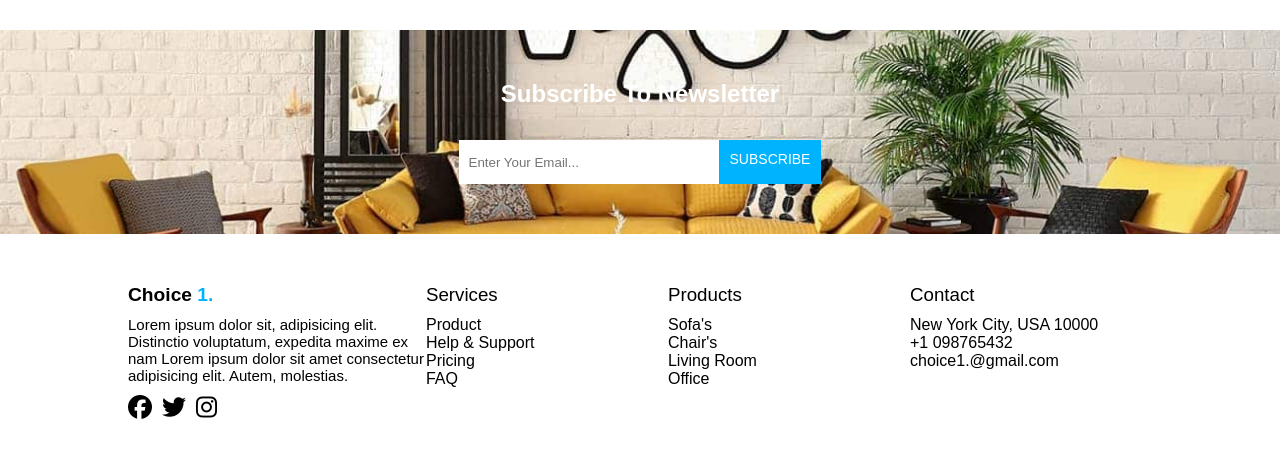
Repository: alishbah7/Choice1
Page: index.html
An editor plug-in stored every save of this project. The page is shown before and after the next save, followed by the edit.
The browser window is 1280 px wide. The pictures show the part of the page from y = 3939 to 4449 px (the page is 4411 px tall before and 4449 px after).
A picture or video elsewhere on the page could not be fetched, so the positions and the page height are approximate. Backgrounds fixed to the window are drawn as part of the page.

Above is the page before, as saved 2024-11-24 13:08:00.

### index.html
<!DOCTYPE html>
<html lang="en">
<head>
    <meta charset="UTF-8">
    <meta name="viewport" content="width=device-width, initial-scale=1.0">
    <title>Navbar</title>

    <!--=== CSS ===-->
    <link rel="stylesheet" href="style.css">

    <!--=== BOXICONS ===-->
    <link href='https://unpkg.com/boxicons@2.1.4/css/boxicons.min.css' rel='stylesheet' />
    <link rel="stylesheet" href="https://cdnjs.cloudflare.com/ajax/libs/font-awesome/6.7.1/css/all.min.css" integrity="sha512-5Hs3dF2AEPkpNAR7UiOHba+lRSJNeM2ECkwxUIxC1Q/FLycGTbNapWXB4tP889k5T5Ju8fs4b1P5z/iB4nMfSQ==" crossorigin="anonymous" referrerpolicy="no-referrer" />
</head>
<body>
    <!------------ header ------------>
    <header>
        <a href="#" class="logo">Choice <span>1.</span></a>
        <div class="bx bx-menu" id="menu-icon"></div>

        <ul class="navbar">
            <li><a href="#home">Home</a></li>
            <li><a href="#shop">Shop</a></li>
            <li><a href="#new">New Arrival</a></li>
            <li><a href="#about">About</a></li>
            <li><a href="#brands">Our Partners</a></li>
            <li><a href="#contact">Contact</a></li>
        </ul>
    </header>

    <!------------ home ------------>
    <section class="home" id="home">
        <div class="home-text">
            <h1><span>Make</span> Your Comfort <br> Is Our <span>Happiness</span></h1>
            <p>Lorem, ipsum dolor sit amet consectetur adipisicing elit. <br> Expedita totam consequuntur fuga quis aperiam nulla.</p>
            <a href="shop" class="btn">Shop Now</a>
        </div>
    </section>

    <!------------ shop ------------>
    <section class="shop" id="shop">
        <div class="heading">
            <span>New Arrival</span>
            <h1>Shop Now</h1>
        </div>
        <!------------ content ------------>
        <div class="shop-container">
            <!------------ box1 ------------>
            <div class="box">
                <div class="box-img">
                    <img src="img/img1.jpg" alt="">
                </div>
                <div class="title-price">
                    <h3>Brown Chair</h3>
                    <div class="stars">
                        <i class="bx bxs-star"></i>
                        <i class="bx bxs-star"></i>
                        <i class="bx bxs-star"></i>
                        <i class="bx bxs-star"></i>
                        <i class="bx bxs-star-half"></i>
                    </div>
                </div>
                <span>35$</span>
                <i class="bx bx-cart"></i>
            </div>
            <!------------ box2 ------------>
            <div class="box">
                <div class="box-img">
                    <img src="img/img1.jpg" alt="">
                </div>
                <div class="title-price">
                    <h3>Brown Chair</h3>
                    <div class="stars">
                        <i class="bx bxs-star"></i>
                        <i class="bx bxs-star"></i>
                        <i class="bx bxs-star"></i>
                        <i class="bx bxs-star"></i>
                        <i class="bx bxs-star-half"></i>
                    </div>
                </div>
                <span>35$</span>
                <i class="bx bx-cart"></i>
            </div>
            <!------------ box3 ------------>
            <div class="box">
                <div class="box-img">
                    <img src="img/img1.jpg" alt="">
                </div>
                <div class="title-price">
                    <h3>Brown Chair</h3>
                    <div class="stars">
                        <i class="bx bxs-star"></i>
                        <i class="bx bxs-star"></i>
                        <i class="bx bxs-star"></i>
                        <i class="bx bxs-star"></i>
                        <i class="bx bxs-star-half"></i>
                    </div>
                </div>
                <span>35$</span>
                <i class="bx bx-cart"></i>
            </div>
            <!------------ box4 ------------>
            <div class="box">
                <div class="box-img">
                    <img src="img/img1.jpg" alt="">
                </div>
                <div class="title-price">
                    <h3>Brown Chair</h3>
                    <div class="stars">
                        <i class="bx bxs-star"></i>
                        <i class="bx bxs-star"></i>
                        <i class="bx bxs-star"></i>
                        <i class="bx bxs-star"></i>
                        <i class="bx bxs-star-half"></i>
                    </div>
                </div>
                <span>35$</span>
                <i class="bx bx-cart"></i>
            </div>
            <!------------ box5 ------------>
            <div class="box">
                <div class="box-img">
                    <img src="img/img1.jpg" alt="">
                </div>
                <div class="title-price">
                    <h3>Brown Chair</h3>
                    <div class="stars">
                        <i class="bx bxs-star"></i>
                        <i class="bx bxs-star"></i>
                        <i class="bx bxs-star"></i>
                        <i class="bx bxs-star"></i>
                        <i class="bx bxs-star-half"></i>
                    </div>
                </div>
                <span>35$</span>
                <i class="bx bx-cart"></i>
            </div>
            <!------------ box6 ------------>
            <div class="box">
                <div class="box-img">
                    <img src="img/img1.jpg" alt="">
                </div>
                <div class="title-price">
                    <h3>Brown Chair</h3>
                    <div class="stars">
                        <i class="bx bxs-star"></i>
                        <i class="bx bxs-star"></i>
                        <i class="bx bxs-star"></i>
                        <i class="bx bxs-star"></i>
                        <i class="bx bxs-star-half"></i>
                    </div>
                </div>
                <span>35$</span>
                <i class="bx bx-cart"></i>
            </div>
        </div>
    </section>
    <!------------ new arrival ------------>
    <section class="new" id="new">
        <div class="heading">
            <span>New Collection</span>
            <h1>Best Selling</h1>
        </div>
    <!------------ content ------------>
    <div class="new-container">
        <!------------ box1 ------------>
        <div class="box">
            <div class="box-img">
                <img src="img/img1.jpg" alt="">
            </div>
            <div class="title-price">
                <h3>Brown Chair</h3>
                <div class="stars">
                    <i class="bx bxs-star"></i>
                    <i class="bx bxs-star"></i>
                    <i class="bx bxs-star"></i>
                    <i class="bx bxs-star"></i>
                    <i class="bx bxs-star-half"></i>
                </div>
            </div>
            <span>35$</span>
            <i class="bx bx-cart"></i>
        </div>
        <!------------ box2 ------------>
        <div class="box">
            <div class="box-img">
                <img src="img/img1.jpg" alt="">
            </div>
            <div class="title-price">
                <h3>Brown Chair</h3>
                <div class="stars">
                    <i class="bx bxs-star"></i>
                    <i class="bx bxs-star"></i>
                    <i class="bx bxs-star"></i>
                    <i class="bx bxs-star"></i>
                    <i class="bx bxs-star-half"></i>
                </div>
            </div>
            <span>35$</span>
            <i class="bx bx-cart"></i>
        </div>
        <!------------ box3 ------------>
        <div class="box">
            <div class="box-img">
                <img src="img/img1.jpg" alt="">
            </div>
            <div class="title-price">
                <h3>Brown Chair</h3>
                <div class="stars">
                    <i class="bx bxs-star"></i>
                    <i class="bx bxs-star"></i>
                    <i class="bx bxs-star"></i>
                    <i class="bx bxs-star"></i>
                    <i class="bx bxs-star-half"></i>
                </div>
            </div>
            <span>35$</span>
            <i class="bx bx-cart"></i>
        </div>
        <!------------ box4 ------------>
        <div class="box">
            <div class="box-img">
                <img src="img/img1.jpg" alt="">
            </div>
            <div class="title-price">
                <h3>Brown Chair</h3>
                <div class="stars">
                    <i class="bx bxs-star"></i>
                    <i class="bx bxs-star"></i>
                    <i class="bx bxs-star"></i>
                    <i class="bx bxs-star"></i>
                    <i class="bx bxs-star-half"></i>
                </div>
            </div>
            <span>35$</span>
            <i class="bx bx-cart"></i>
        </div>
        <!------------ box5 ------------>
        <div class="box">
            <div class="box-img">
                <img src="img/img1.jpg" alt="">
            </div>
            <div class="title-price">
                <h3>Brown Chair</h3>
                <div class="stars">
                    <i class="bx bxs-star"></i>
                    <i class="bx bxs-star"></i>
                    <i class="bx bxs-star"></i>
                    <i class="bx bxs-star"></i>
                    <i class="bx bxs-star-half"></i>
                </div>
            </div>
            <span>35$</span>
            <i class="bx bx-cart"></i>
        </div>
        <!------------ box6 ------------>
        <div class="box">
            <div class="box-img">
                <img src="img/img1.jpg" alt="">
            </div>
            <div class="title-price">
                <h3>Brown Chair</h3>
                <div class="stars">
                    <i class="bx bxs-star"></i>
                    <i class="bx bxs-star"></i>
                    <i class="bx bxs-star"></i>
                    <i class="bx bxs-star"></i>
                    <i class="bx bxs-star-half"></i>
                </div>
            </div>
            <span>35$</span>
            <i class="bx bx-cart"></i>
        </div>
    </div>
</section>
<!------------ about ------------>
<section class="about" id="about">
    <div class="about-img">
        <img src="img/furniture4.jpeg" alt="">
    </div>
    <div class="about-text">
        <span>About Us</span>
        <h2>Furniture is impoertant part <br>for comfort</h2>
        <p>Lorem ipsum dolor sit amet consectetur adipisicing elit. Dolorem sit maxime praesentium, facere totam, iusto omnis eveniet accusamus rerum, veritatis explicabo possimus necessitatibus officiis? Voluptas.</p>
        <p>Lorem, ipsum dolor sit amet consectetur adipisicing elit. Nam velit, deserunt placeat qui nemo natus.</p>
        <a href="#shop" class="btn">Learn More.</a>
    </div>
</section>
<!------------ brands ------------>
<section class="brands" id="brands">
    <div class="heading">
        <span>Brands</span>
        <h1>Our Brands Partners</h1>
    </div>
    <div class="brands-container">
        <img src="img/google.webp" alt="">
        <img src="img/amazon.png" alt="">
        <img src="img/netflix.a3e87fea-e03e-4c0a-8f26-9ecef205fa7b" alt="">
        <img src="img/tesla.webp" alt="">
        <img src="img/star.webp" alt="">
        <img src="img/zoom.png" alt="">
    </div>
</section>
<!------------ contact ------------>
<section class="newsletter" id="contact">
    <h2>Subscribe To Newsletter</h2>
    <div class="news-box">
        <input type="text" placeholder="Enter Your Email...">
        <a href="#" class="btn">Subscribe</a>
    </div>
</section>
<!------------ footer ------------>
<section class="footer" id="footer">
    <div class="footer-box">
        <h2>Choice <span>1.</span></h2>
        <p>Lorem ipsum dolor sit, adipisicing elit. <br>  Distinctio voluptatum, expedita maxime ex <br> nam Lorem ipsum dolor sit amet consectetur <br> adipisicing elit. Autem, molestias.</p>
        <div class="social">
            <a href="#"><i class="fa-brands fa-facebook"></i></a>
            <a href="#"><i class="fa-brands fa-twitter"></i></a>
            <a href="#"><i class="fa-brands fa-instagram"></i></a>
        </div>
    </div>
    <div class="footer-box">
        <h3>Services</h3>
        <li><a href="#">Product</a></li>
        <li><a href="#">Help & Support</a></li>
        <li><a href="#">Pricing</a></li>
        <li><a href="#">FAQ</a></li>
    </div>
    <div class="footer-box">
        <h3>Products</h3>
        <li><a href="#">Sofa's</a></li>
        <li><a href="#">Chair's</a></li>
        <li><a href="#">Living Room</a></li>
        <li><a href="#">Office</a></li>
    </div>
    <div class="footer-box contact-info">
        <h3>Contact</h3>
        <span>New York City, USA 10000</span>
        <span>+1 098765432</span>
        <span>choice1.@gmail.com</span>
    </div>
</section>


</body>
</html>

### style.css
*{
    margin: 0;
    padding: 0;
    box-sizing: border-box;
    scroll-behavior: smooth;
    scroll-padding-top: 2rem;
    list-style: none;
    text-decoration: none;
    font-family: "Poppins", sans-serif;
}

:root{
    --text-color: #000000;
    --main-color: #00b3ff;
}

section{
    padding: 50px 10%;
}

header{
    position: fixed;
    width: 100%;
    top: 0;
    right: 0;
    z-index: 1000;
    display: flex;
    align-items: center;
    justify-content: space-between;
    padding: 18px 100px;
    background: #edecea;
}

.logo{
    font-size: 1.2rem;
    font-weight: 600;
    color: var(--text-color);
}

.logo span{
    color: var(--main-color);
}

.navbar{
    position: relative;
    display: flex;
}

.navbar a{
    font-size: 1rem;
    padding: 10px 20px;
    font-weight: 500;
    color: var(--text-color);
}

.navbar a:hover{
    color: var(--main-color);
}

#menu-icon{
    font-size: 2rem;
    cursor: pointer;
    display: none;
}

.home{
    width: 100%;
    min-height: 100vh;
    background-image: url(img/furniture2.jpg);
    background-repeat: no-repeat;
    background-size: cover;
    background-position: right;
    background-attachment: fixed;
    display: flex;
    align-items: center;
}

.home-text h1{
    font-size: 2.7rem;
    color: #fff;
}

.home-text p{
    font-size: 0.938rem;
    margin: 0.4rem 0 1.8rem;
    color: #fff;
}

.home-text span{
    color: var(--main-color);
}

.btn{
    padding: 10px 14px;
    background: var(--main-color);
    color: #fff;
    border-radius: 0.3rem;
    font-size: 14px;
}

.btn:hover{
    background-color: #ffffff00;
    border: 2px solid var(--main-color);
    color: var(--main-color);
}

.heading span{
    display: flex;
    align-items: center;
    justify-content: center;
    color: var(--main-color);
    padding-bottom: 5px;
    font-size: 14px;
    font-weight: 500;
    text-transform: uppercase;
}

.heading h1{
    display: flex;
    align-items: center;
    justify-content: center;
    font-size: 30px;
    font-weight: 700;
}

.shop-container, .new-container {
    display: grid;
    grid-template-columns: repeat(auto-fit, minmax(300px, auto));
    gap: 1rem;
    margin-top: 2rem;
}

.box{
    position: relative;
    box-shadow: 1px 4px 4px rgb(0, 0, 0, 0.1);
    border-radius: 44px 4px 4px 4px;
}

.box .box-img{
    width: 100%;
    height: 400px;
    overflow: hidden;
    border-radius: 44px 4px 0 0;
}

.box .box-img img{
    width: 100%;
    height: 100%;
    object-fit: cover;
    object-position: center;
}

.box .box-img img:hover{
    transform: scale(1.1);
    transition: 0.5s;
}

.title-price{
    display: flex;
    justify-content: space-between;
    padding: 12px;
}

.title-price h3{
    font-size: 1rem;
    font-weight: 600;
}

.box span{
    font-size: 1.1rem;
    font-weight: 500;
    padding-left: 12px;
    color: var(--main-color);
}

.stars .bx{
    color: var(--main-color);
}

.box .bx-cart{
    position: absolute;
    bottom: 0;
    right: 0;
    padding: 7px;
    font-size: 20px;
    color: #fff;
    border-radius: 4px 0 4px 0;
    background: var(--main-color);
}

.box .bx-cart:hover{
    color: var(--main-color);
    background-color: #fff;
    border: 1px solid var(--main-color);
    cursor: pointer;
}

.new-container .box{
    border-radius: 4px;
}

.new-container .box .box-img{
    border-radius: 4px 44px 4px 4px;
}

.about{
    display: grid;
    grid-template-columns: repeat(1, 2fr);
    gap: 1rem;
}

.about-img img{
    width: 80%;
    border-radius: 10px;
    object-fit: contain;
}

.about-text span{
    font-size: 14px;
    font-weight: 500;
    text-transform: uppercase;
    color: var(--main-color);
}

.about-text p{
    font-size: 0.938rem;
    margin: 0.5rem 0 1.4rem;
}

.brands-container{
    display: grid;
    grid-template-columns: repeat(auto-fit, minmax(100px, auto));
    align-items: center;
    justify-content: space-between;
    gap: 1rem;
    margin-top: 2rem;
}

.brands-container img{
    width: 100px;
}

.brands-container img{
    width: 100px;
    filter: grayscale(1);
}

.brands-container img:hover{
    cursor: pointer;
    filter: grayscale(0);
}

.newsletter{
    display: flex;
    flex-direction: column;
    align-items: center;
    background-image: url(img/Furniture3.jpg);
    background-repeat: no-repeat;
    background-size: cover;
    background-position: center;
}

.newsletter h2{
    color: #fff;
}

.news-box{
    display: flex;
    align-items: center;
    margin-top: 2rem;
}

.news-box input{
    width: 260px;
    height: 44px;
    border: none;
    outline: none;
    background: #fff;
    padding: 10px;
}

.news-box .btn{
    height: 44px;
    padding: 11px;
    border-radius: 0;
    font-weight: 500;
    text-transform: uppercase;
}

.footer{
    display: grid;
    grid-template-columns: repeat(auto-fit, minmax(240px, auto));
    /* gap: 1rem; */
    /* padding: 1px; */
}

.footer-box h2{
    font-size: 1.2rem;
    font-weight: 600;
    margin-bottom: 10px;
}

.footer-box span{
    color: var(--main-color);
}

.footer-box p{
    font-size: 00.938rem;
    margin-bottom: 10px;
}

.social{
    display: flex;
    align-items: center;
}

.social a{
    font-size: 24px;
    margin-right: 10px;
    color: #000000;
}

.social a:hover{
    color: var(--main-color);
}

.footer-box h3{
    font-weight: 500;
    margin-bottom: 10px;
}

.footer-box li a{
    color: #000000;
}

.footer-box li a:hover{
    color: var(--main-color);
}

.contact-info{
    display: flex;
    flex-direction: column;
}

.contact-info span{
    color: #000000;
}

After the next save:
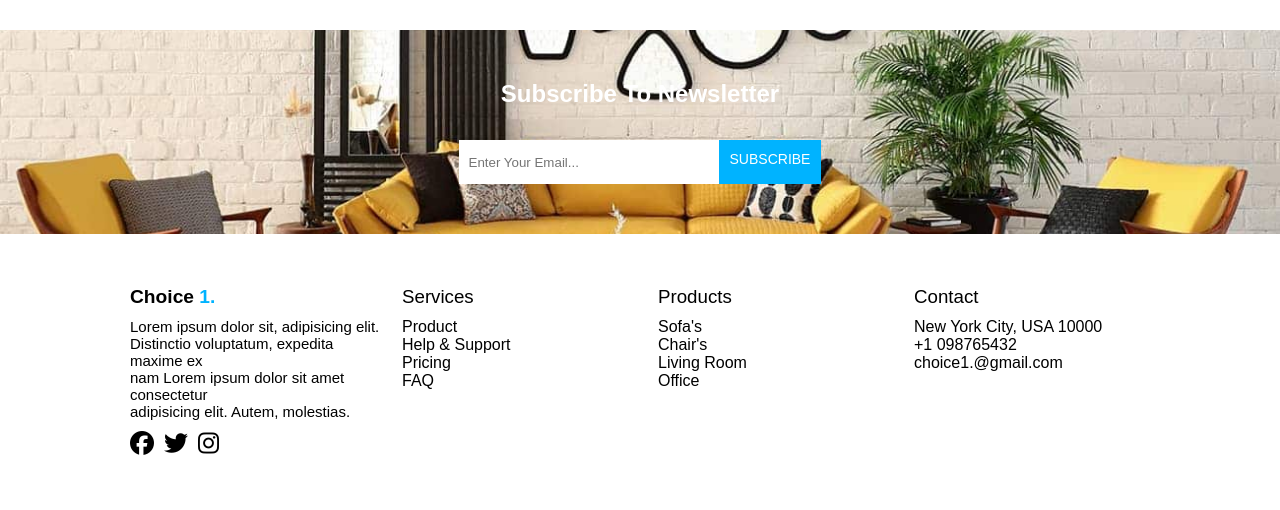
Saved 58 s later.
--- a/style.css
+++ b/style.css
@@ -290,8 +290,11 @@ header{
 .footer{
     display: grid;
     grid-template-columns: repeat(auto-fit, minmax(240px, auto));
-    /* gap: 1rem; */
-    /* padding: 1px; */
+    gap: 1rem;
+}
+
+.footer-box{
+    padding: 2px;
 }
 
 .footer-box h2{
